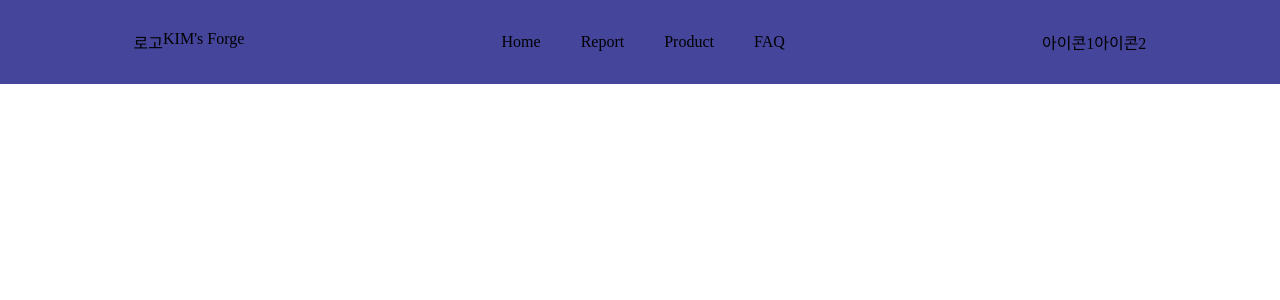
Repository: rlatlswo135/header_project
Page: header.html
These files come from the project's save history. The page is drawn as it stood at one moment and after the next save; the edit follows.
The browser window is 1280 px wide. The pictures show the whole page.
Some web libraries are served in a nearby version.

Above is the page before, as saved 2021-05-30 21:12:56.

After the next save:
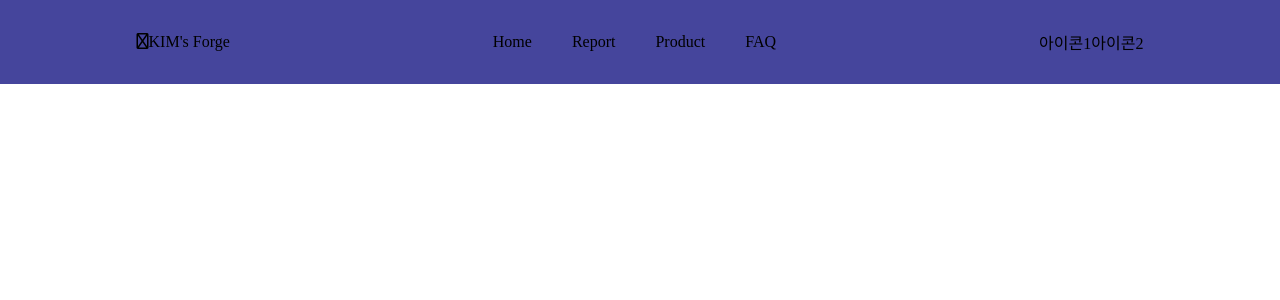
Saved 56 s later.
--- a/header.html
+++ b/header.html
@@ -6,7 +6,7 @@
     <body>
         <div class="header_container">
             <div class="header_logobox">
-                <div>로고</div>
+                <i class="far fa-air-freshener"></i>
                 <div>KIM's Forge</div>
             </div>
             <div class="header_menubox">
